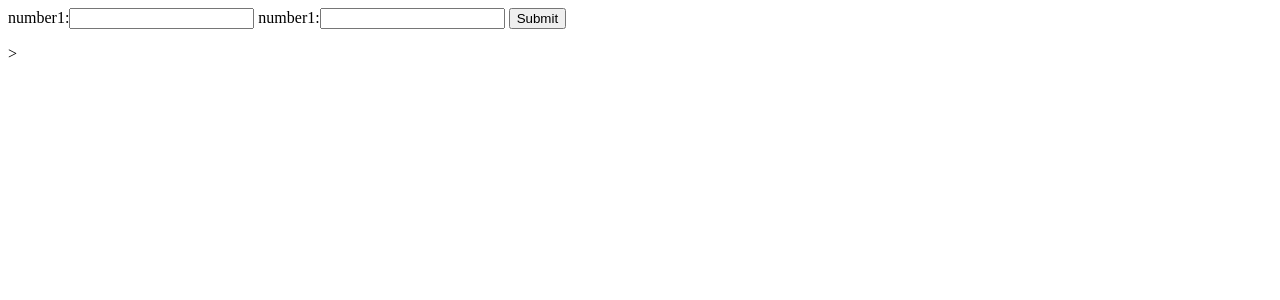
Repository: ashwinipatil321/SpringmvcProject
Page: http://localhost/helloSpringMvc/
These files come from the project's save history. The page is drawn as it stood at one moment and after the next save; the edit follows.
The browser window is 1280 px wide. The pictures show the whole page.
The page is served by Tomcat 9. Other server files are loaded and not shown.

Above is the page before, as saved 2017-11-18 06:42:07.

### helloSpringMvc/src/main/webapp/index.jsp
<html>
<body>
<form action="add">
number1:<input type="text" name="t1">
number1:<input type="text" name="t1">
<input type="submit">
</form>>
</body>
</html>

After the next save:
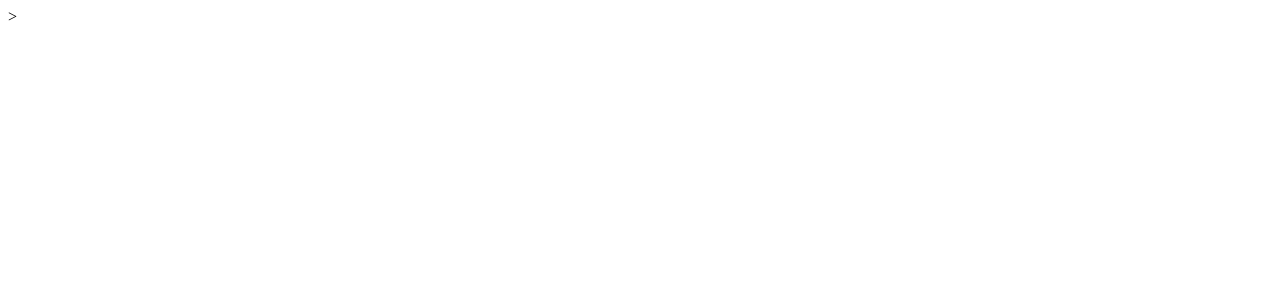
Saved 34 s later.
--- a/helloSpringMvc/src/main/webapp/index.jsp
+++ b/helloSpringMvc/src/main/webapp/index.jsp
@@ -1,9 +1,9 @@
 <html>
 <body>
-<form action="add">
+<!-- <form action="add">
 number1:<input type="text" name="t1">
 number1:<input type="text" name="t1">
-<input type="submit">
+<input type="submit"> -->
 </form>>
 </body>
 </html>

After the save that followed:
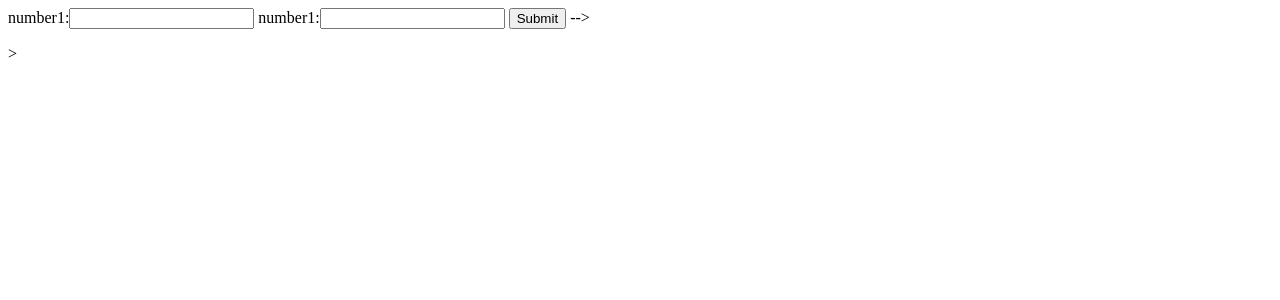
Saved 73 s later.
--- a/helloSpringMvc/src/main/webapp/index.jsp
+++ b/helloSpringMvc/src/main/webapp/index.jsp
@@ -1,6 +1,6 @@
 <html>
 <body>
-<!-- <form action="add">
+<form action="add">
 number1:<input type="text" name="t1">
 number1:<input type="text" name="t1">
 <input type="submit"> -->
